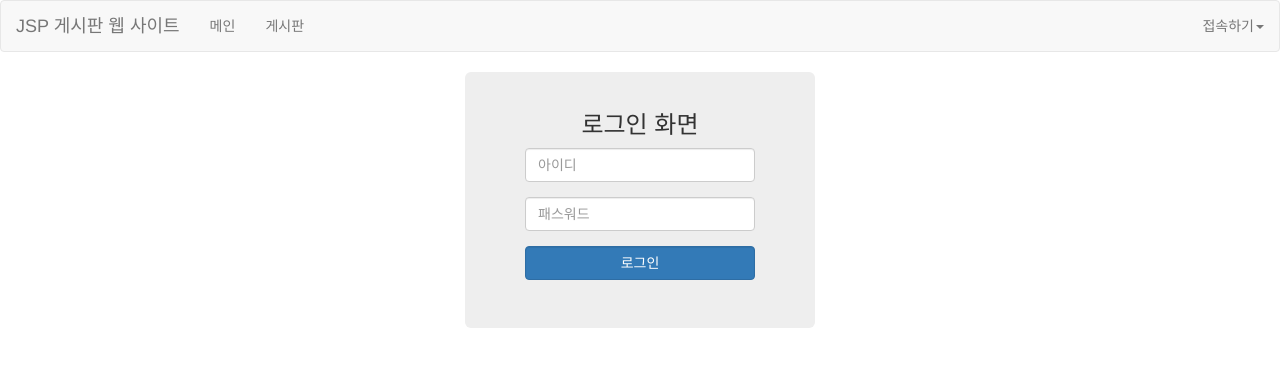
Repository: jsj961/bulletin-board-system
Page: http://localhost/BBS/main.jsp
The author's editor kept a copy of each file at every save. The page is drawn from the files as they stood at one save, then again after the next save.
The browser window is 1280 px wide. The pictures show the whole page.
Some web libraries are served in a nearby version. The page is served by Tomcat 9. Other server files are loaded and not shown.

Above is the page before, as saved 2021-06-30 10:32:13.

### BBS/src/main/webapp/main.jsp
<%@ page language="java" contentType="text/html; charset=UTF-8"
    pageEncoding="UTF-8"%>
<%@ page import="java.io.PrintWriter" %>
<!DOCTYPE html>
<html>
<head>
<meta charset="UTF-8">
<meta name="viewport" content="width=device-width", initial-scale="1">
<link rel="stylesheet" href="css/bootstrap.css">
<title>JSP 게시판 웹 사이트</title>
</head>
<body>
	<%
		String userID = null;
		if(session.getAttribute("userID") != null) {
			userID = (String) session.getAttribute("userID");
		}
	%>
	<nav class="navbar navbar-default">
		<div class="navbar-header">
			<button type="button" class="navbar-toggle collasped"
				data-toggle="collapse" data-target="#bs-example-navbar-collaspe-1"
				aria-expanded="false">
				<span class="icon-bar"></span>
				<span class="icon-bar"></span>
				<span class="icon-bar"></span>
			</button>
			<a class="navbar-brand" href="main.jsp">JSP 게시판 웹 사이트</a>
		</div>
		<div class="collapse navbar-collapse" id="bs-example-navbar-collapse-1">
			<ul class="nav navbar-nav">
				<li><a href="main.jsp">메인</a></li>
				<li><a href="bbs.jsp">게시판</a></li>
			</ul>
			<ul class="nav navbar-nav navbar-right">
				<li class="dropdown">
					<a href="#" class="dropdown-toggle"
					 	data-toggle="dropdown" role="button" aria-haspopup="true"
					 	aria-expanded="false">접속하기<span class="caret"></span></a>
				 	<ul class="dropdown-menu">
				 		<li class="active"><a href="login.jsp">로그인</a></li>
				 		<li><a href="join.jsp">회원가입</a></li>
				 	</ul>
				</li>
			</ul>
		</div>
	</nav>
	<div class="container">
		<div class="col-lg-4"></div>
		<div class="col-lg-4">
			<div class="jumbotron" style="padding-top: 20px;">
				<form method="post" action="loginAction.jsp">
					<h3 style="text-align: center;">로그인 화면</h3>
					<div class="form-group">
						<input type="text" class="form-control" placeholder="아이디" name="userID" maxlength="20">
					</div>
					<div class="form-group">
						<input type="password" class="form-control" placeholder="패스워드" name="userPassword" maxlength="20">
					</div>
					<input type="submit" class="btn btn-primary form-control" value="로그인">
				</form>
			</div>
		</div>
		<div class="col-lg-4"></div>
	</div>
	<script src="https://ajax.googleapis.com/ajax/libs/jquery/3.2.1/jquery.min.js"></script>
	<script src="js/bootstrap.js"></script>

</body>
</html>

Loaded but not shown: BBS/src/main/webapp/css/bootstrap.css (library); BBS/src/main/webapp/js/bootstrap.js (library)

After the next save:
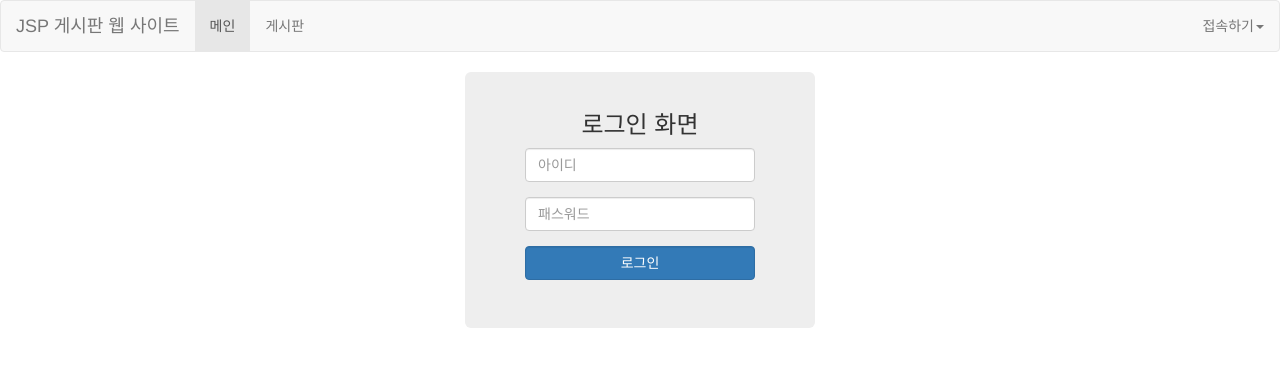
Saved 41 s later.
--- a/BBS/src/main/webapp/main.jsp
+++ b/BBS/src/main/webapp/main.jsp
@@ -29,7 +29,7 @@
 		</div>
 		<div class="collapse navbar-collapse" id="bs-example-navbar-collapse-1">
 			<ul class="nav navbar-nav">
-				<li><a href="main.jsp">메인</a></li>
+				<li class="active"><a href="main.jsp">메인</a></li>
 				<li><a href="bbs.jsp">게시판</a></li>
 			</ul>
 			<ul class="nav navbar-nav navbar-right">
@@ -38,7 +38,7 @@
 					 	data-toggle="dropdown" role="button" aria-haspopup="true"
 					 	aria-expanded="false">접속하기<span class="caret"></span></a>
 				 	<ul class="dropdown-menu">
-				 		<li class="active"><a href="login.jsp">로그인</a></li>
+				 		<li><a href="login.jsp">로그인</a></li>
 				 		<li><a href="join.jsp">회원가입</a></li>
 				 	</ul>
 				</li>
